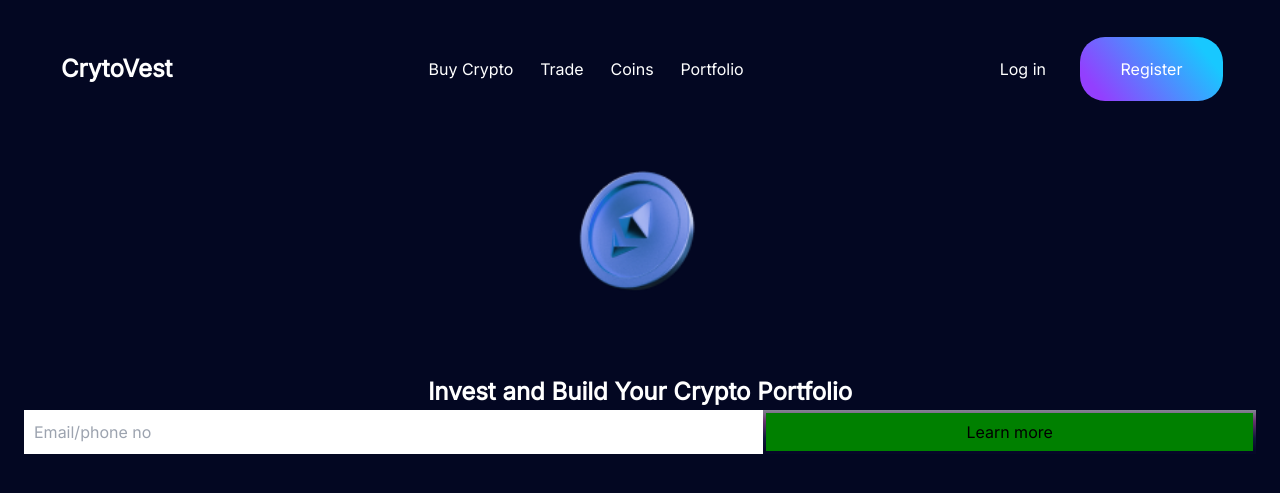
Repository: Eugene44-hub/cryptovest
Page: /
An editor plug-in stored every save of this project. The page is shown before and after the next save, followed by the edit.
The browser window is 1280 px wide. The pictures show the whole page.
The project was rebuilt for these pictures with package versions that can differ from the ones it lists, and the page was loaded fresh each time. Also part of the build but not shown: vite.config.ts.

Above is the page before, as saved 2022-07-15 17:54:53.

After the next save:
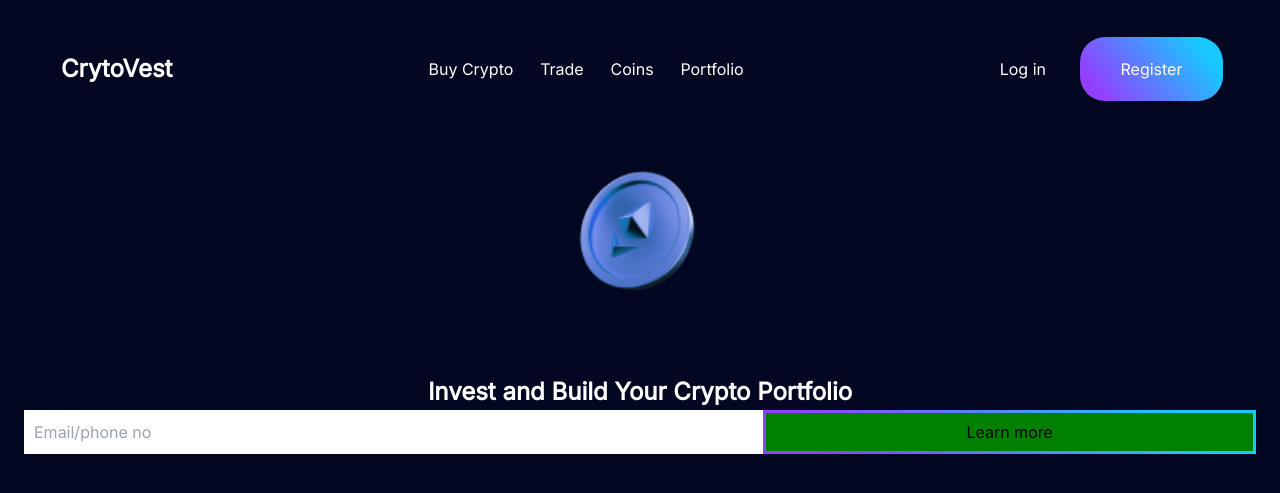
Saved 25 s later.
--- a/src/components/hero/Hero.module.scss
+++ b/src/components/hero/Hero.module.scss
@@ -5,6 +5,6 @@
         font-size: 24px;
     }
     .btnContainer {
-        background: $gradient
+        background: $gradient1
     }
 }
